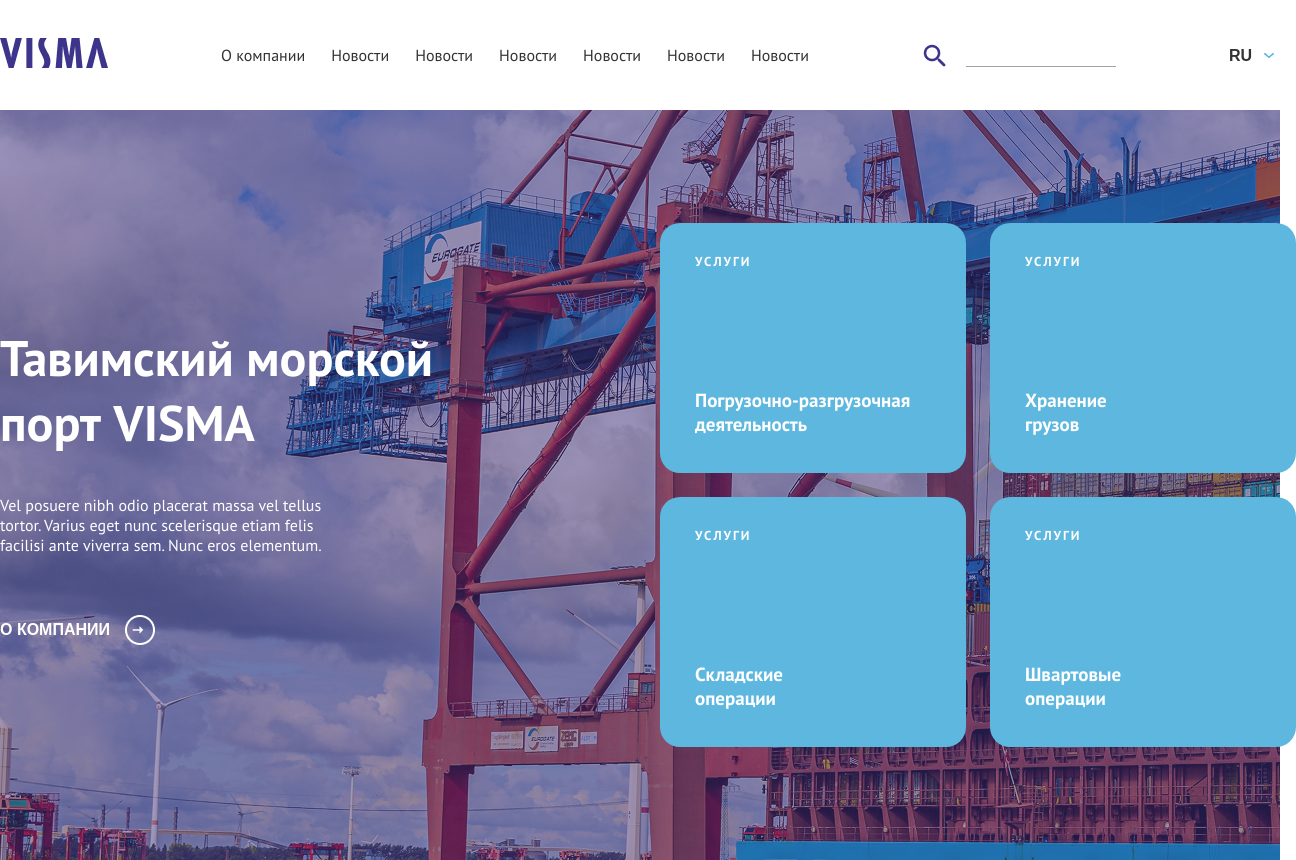
Repository: Shaiyr1/Visma
Page: index.html
An editor plug-in stored every save of this project. The page is shown before and after a run of saves, followed by the edit.
The browser window is 1280 px wide. The page is 1296 px wide, so the pictures cover 1296 px, including what lies to the right of the window. The pictures show the whole page.
The style sheet was rebuilt from its Sass, Less or Tailwind sources for each picture, by a compiler version that may differ from the author's.

Above is the page before, as saved 2026-09-16 14:19:19.

### index.html
<!DOCTYPE html>
<html lang="en">
<head>
    <meta charset="UTF-8">
    <meta http-equiv="X-UA-Compatible" content="IE=edge">
    <meta name="viewport" content="width=device-width, initial-scale=1.0">
    <link rel="stylesheet" href="./src/css/style.css">
    <title>Document</title>
</head>
<body>
    <header class="header">
        <nav class="header-nav">
            <a class="header-nav__link" href="#">
                <img class="header-nav__logo" src="./src/img/Vector (1).png" alt="logo">
            </a>
            <ul class="header-nav__ul">
                <li class="header-nav__li">
                    <a class="header-nav__li-link" href="#">О компании</a>
                </li>
                <li class="header-nav__li">
                    <a class="header-nav__li-link" href="#">Новости</a>
                </li>
                <li class="header-nav__li">
                    <a class="header-nav__li-link" href="#">Новости</a>
                </li>
                <li class="header-nav__li">
                    <a class="header-nav__li-link" href="#">Новости</a>
                </li>
                <li class="header-nav__li">
                    <a class="header-nav__li-link" href="#">Новости</a>
                </li>
                <li class="header-nav__li">
                    <a class="header-nav__li-link" href="#">Новости</a>
                </li>
                <li class="header-nav__li">
                    <a class="header-nav__li-link" href="#">Новости</a>
                </li>
            </ul>
            <label class="header-nav__label" for="">
                <img class="header-nav__icon" src="./src/img/ic_round-search.png" alt="icon">
                <input class="header-nav__input" type="search">
            </label>
            <select class="header-nav__select" name="" id="">
                <option class="header-nav__option" value="">RU</option>
                <option class="header-nav__option" value="">ENG</option>
            </select>
        </nav>
    </header>
    <main>
        <section class="home">
            <div class="container home__blocks">
                <div class="home-block">
                    <h1 class="home-block__title">Тавимский морской порт VISMA</h1>
                    <p class="home-block__subtitle">
                        Vel posuere nibh odio placerat massa vel tellus tortor. Varius eget nunc scelerisque etiam felis facilisi ante viverra sem. Nunc eros elementum.
                    </p>
                    <button class="home-block__btn">
                        О КОМПАНИИ
                        <img class="home-block__btn-icon" src="./src/img/Group 7.png" alt="">
                    </button>
                </div>
                <div class="home-services">
                    <div class="home-services__item">
                        <span class="home-services__item-span">УСЛУГИ</span>
                        <p class="home-services__item-text">
                            Погрузочно-разгрузочная <br> деятельность
                        </p>
                    </div>
                    <div class="home-services__item">
                        <span class="home-services__item-span">УСЛУГИ</span>
                        <p class="home-services__item-text">
                            Хранение <br> грузов
                        </p>
                    </div>
                    <div class="home-services__item">
                        <span class="home-services__item-span">УСЛУГИ</span>
                        <p class="home-services__item-text">
                            Складские <br> операции
                        </p>
                    </div>
                    <div class="home-services__item">
                        <span class="home-services__item-span">УСЛУГИ</span>
                        <p class="home-services__item-text">
                            Швартовые <br> операции
                        </p>
                    </div>
                </div>
            </div>
        </section>
        <section class="services">
            <div class="container">
                <div class="services-block">

                </div>
            </div>
        </section>
    </main>
</body>

</html>

### src/scss/style.scss
* {
    margin: 0;
    padding: 0;
    box-sizing: border-box;
}

@import url('https://fonts.googleapis.com/css2?family=PT+Sans:ital,wght@0,400;0,700;1,400;1,700&display=swap');

body {
    font-family: "PT Sans", sans-serif;
}
.container {
    width: 1296px;
    margin: 0 auto;
}

@import "header";
@import "home";

### src/scss/header.scss
.header {

    &-nav {
        width: 1296px;
        height: 110px;
        margin: 0 auto;
        display: flex;
        align-items: center;
        gap: 113px;

        &__link {}

        &__logo {}

        &__ul {
            display: flex;
            align-items: center;
            justify-content: center;
            gap: 26px;
            list-style-type: none;
        }
        &__li {
            &-link {
                text-decoration: none;
                color: #333333;
                font-size: 16px;
            }
        }
        &__label {
            display: flex;
            align-items: flex-end;
            justify-content: center;
            gap: 20px;
        }
        &__input {
            width: 150px;
            border: none;
            outline: none;
            border-bottom: 1px solid rgb(161, 161, 161);
        }
        &__select {
            background: none;
            border: none;
            color: #333333;
            font-size: 16px;
            font-weight: bold;
            outline: none;
            appearance: none;
            padding-right: 30px;
            background-image: url("../img/material-symbols_keyboard-arrow-down-rounded.png");
            background-position: right 20px center;
            background-repeat: no-repeat;
        }
    }
}

### src/scss/home.scss
.home {
    width: 100%;
    height: 750px;
    background-image: url("../img/Rectangle\ 23\ \(6\).png");
    background-repeat: no-repeat;
    background-size: cover;
    padding: 113px 0;

    &__blocks {
        display: flex;
        align-items: center;
        gap: 134px;
    }

    &-block {
        width: 526px;

        &__title {
            width: 526px;
            color: #ffffff;
            text-align: left;
            font-weight: 700;
            font-size: 50px;
        }

        &__subtitle {
            width: 322px;
            margin: 40px 0 60px;
            color: #ffffff;
            text-align: left;
            font-size: 16px;
        }

        &__btn {
            width: 159px;
            height: 30px;
            display: flex;
            justify-content: flex-start;
            align-items: center;
            gap: 15px;
            border: none;
            outline: none;
            cursor: pointer;
            color: #ffffff;
            text-align: left;
            font-size: 16px;
            font-weight: 700;
            background: none;


            &-icon {}
        }
    }

    &-services {
        display: flex;
        flex-wrap: wrap;
        gap: 24px;

        &__item {
            background-color: #5db7de;
            width: 306px;
            height: 250px;
            border-radius: 20px;
            padding: 30px 35px;
            display: flex;
            flex-direction: column;
            align-items: flex-start;
            gap: 118px;

            &-span {
                color: #ffffff;
                text-align: left;
                font-size: 13px;
                font-weight: 700;
                letter-spacing: 2px;

            }

            &-text {
                color: #ffffff;
                text-align: left;
                font-size: 19px;
                font-weight: 700;
            }
        }
    }
}

After the next 4 saves:
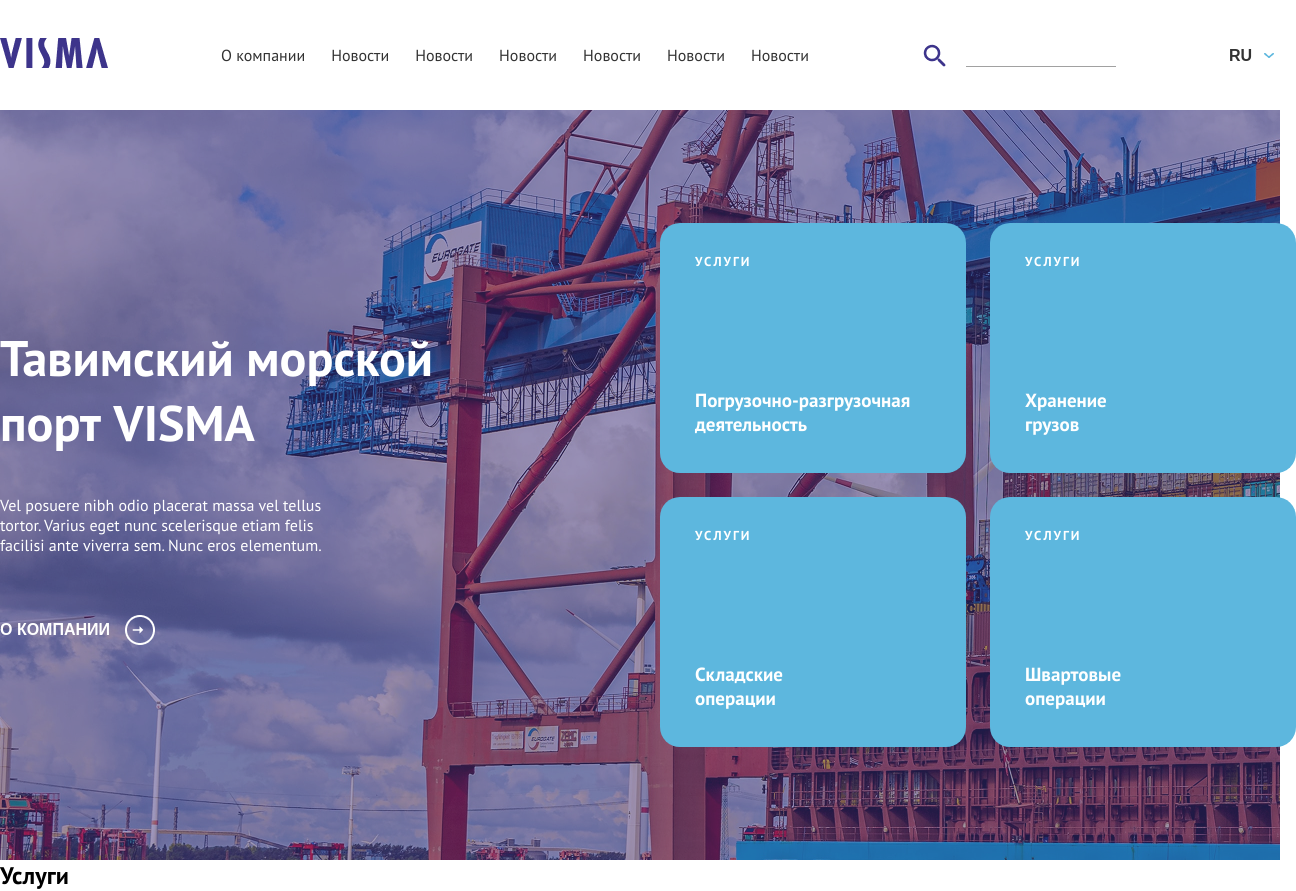
The 4 saves are shown as one change because they came seconds apart.
The last was saved 19 s later.
--- a/index.html
+++ b/index.html
@@ -90,7 +90,7 @@
         <section class="services">
             <div class="container">
                 <div class="services-block">
-
+                    <h2 class="se">Услуги</h2>
                 </div>
             </div>
         </section>
